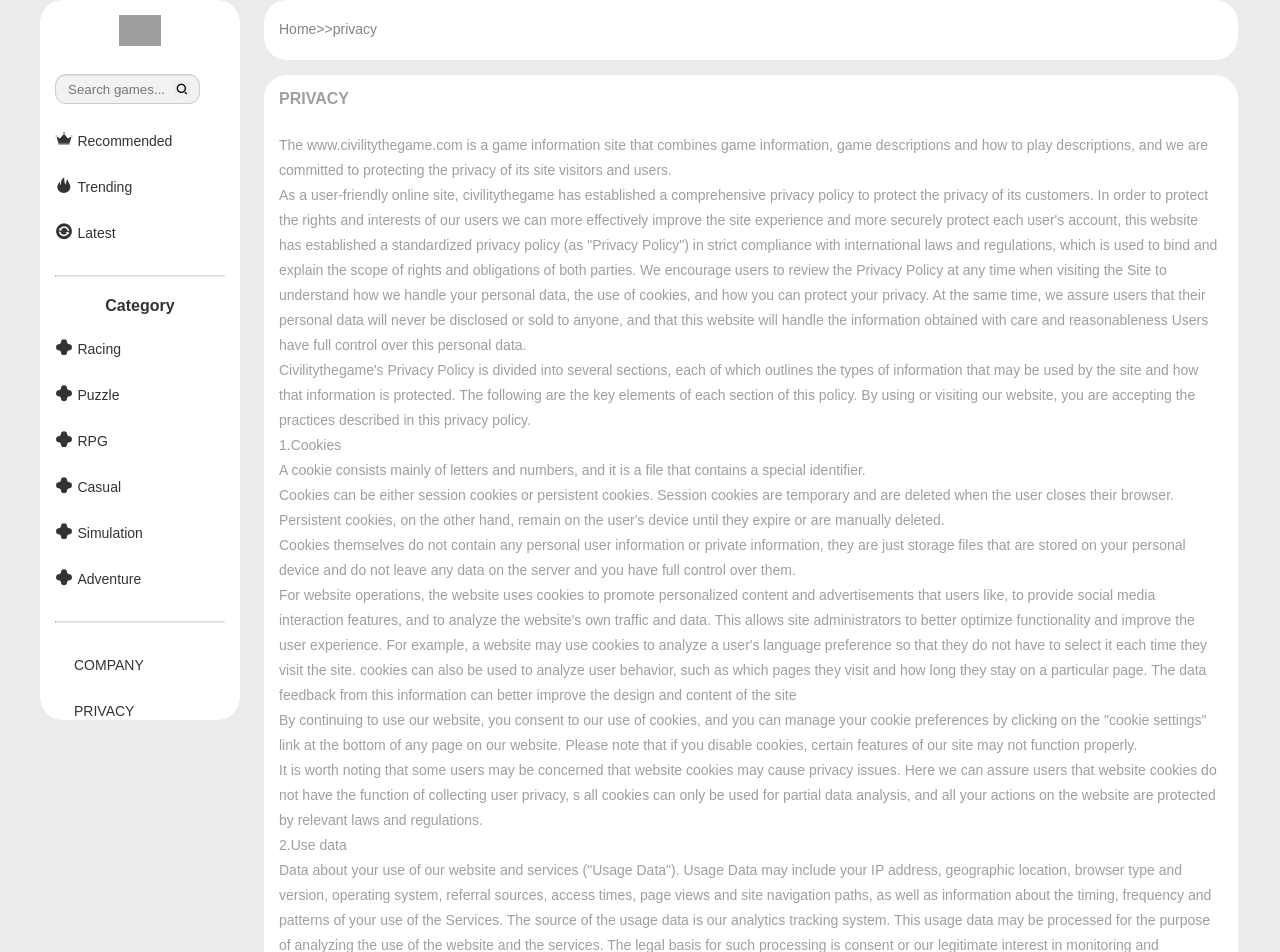
Repository: asharfSahajanand/playrumble1.com
Page: privacy.html
These files come from the project's save history. The page is drawn as it stood at one moment and after a run of saves; the edit follows.
The browser window is 1280 px wide. The pictures show the part of the page from y = 0 to 952 px (the page is 1738 px tall).
Pictures or frames that could not be fetched are drawn as grey boxes.

Above is the page before, as saved 2025-12-22 16:15:36.

After the next 2 saves:
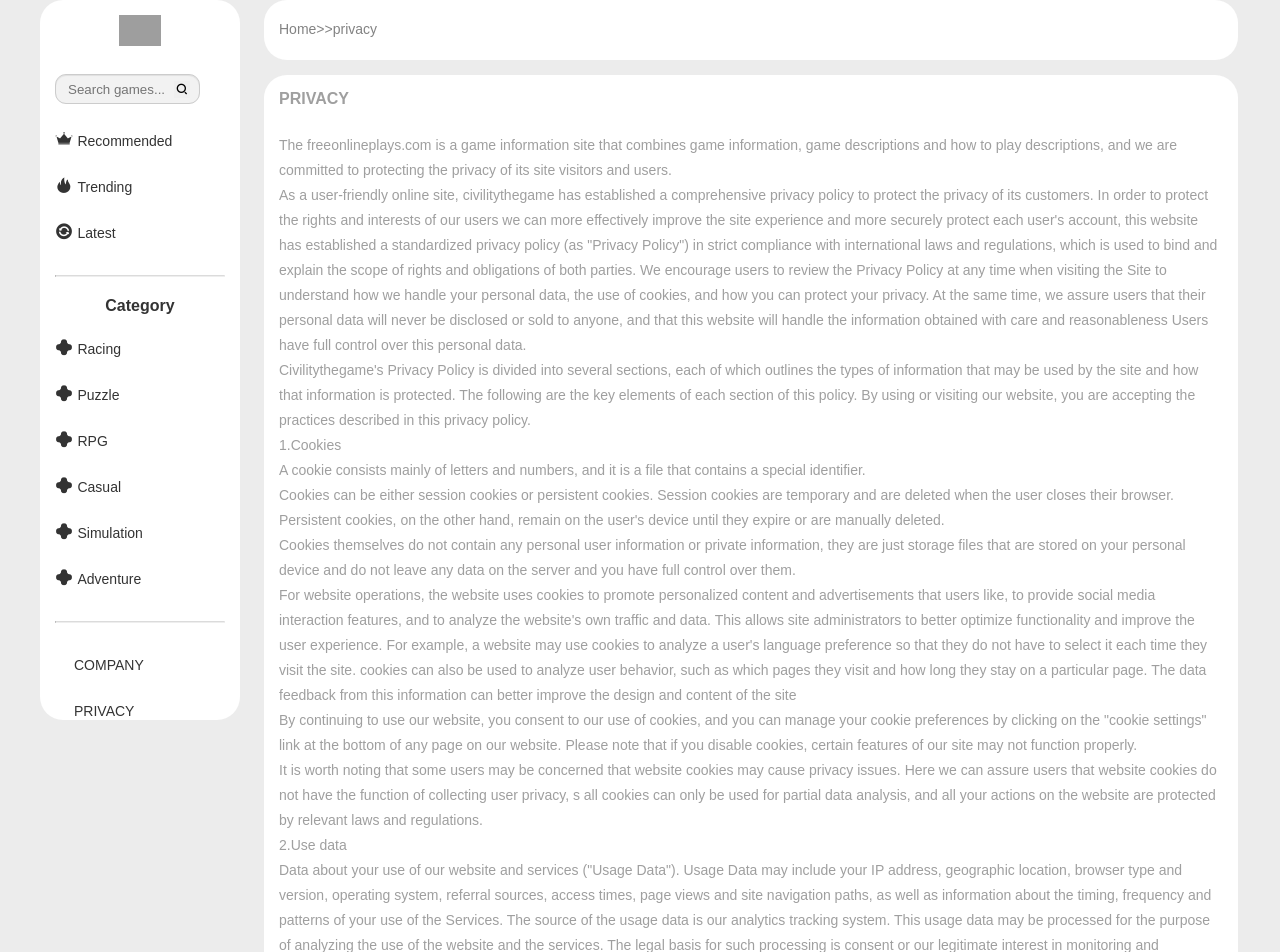
The 2 saves are shown as one change because they came seconds apart.
The last was saved 25 s later.
--- a/privacy.html
+++ b/privacy.html
@@ -73,7 +73,7 @@ gtag('config', 'AW-17060091494');
 </a>
 </div>
 <div class="search_box" >
-<form action="https://www.freeonlineplays.com/search.html?q=">
+<form action="https://freeonlineplays.com/search.html?q=">
 <input class="search_input" id="searchB" name="q" type="text" autocomplete="false" placeholder="Search games...">
 <button type="submit"><i class="iconfont icon-sousuo"></i></button>
 </form>
@@ -172,7 +172,7 @@ gtag('config', 'AW-17060091494');
                 <div class="box_three">
                     <h3>PRIVACY</h3>
                     <div class="dec">
-                        <p>The www.civilitythegame.com is a game information site that combines game information, game descriptions and how to play descriptions, and we are committed to protecting the privacy of its site visitors and users.</p>
+                        <p>The freeonlineplays.com is a game information site that combines game information, game descriptions and how to play descriptions, and we are committed to protecting the privacy of its site visitors and users.</p>
                         <p>As a user-friendly online site, civilitythegame has established a comprehensive privacy policy to protect the privacy of its customers. In order to protect the rights and interests of our users we can more effectively improve the site experience and more securely protect each user's account, this website has established a standardized privacy policy (as &quot;Privacy Policy&quot;) in strict compliance with international laws and regulations, which is used to bind and explain the scope of rights and obligations of both parties. We encourage users to review the Privacy Policy at any time when visiting the Site to understand how we handle your personal data, the use of cookies, and how you can protect your privacy. At the same time, we assure users that their personal data will never be disclosed or sold to anyone, and that this website will handle the information obtained with care and reasonableness Users have full control over this personal data.</p>
                         <p>Civilitythegame's Privacy Policy is divided into several sections, each of which outlines the types of information that may be used by the site and how that information is protected. The following are the key elements of each section of this policy. By using or visiting our website, you are accepting the practices described in this privacy policy.</p>
                         <p>1.Cookies</p>
@@ -214,5 +214,5 @@ gtag('config', 'AW-17060091494');
 <script defer src="https://static.cloudflareinsights.com/beacon.min.js/vcd15cbe7772f49c399c6a5babf22c1241717689176015" integrity="sha512-ZpsOmlRQV6y907TI0dKBHq9Md29nnaEIPlkf84rnaERnq6zvWvPUqr2ft8M1aS28oN72PdrCzSjY4U6VaAw1EQ==" data-cf-beacon='{"version":"2024.11.0","token":"2d0e241130bf4b05b6cb445ce454da0a","r":1,"server_timing":{"name":{"cfCacheStatus":true,"cfEdge":true,"cfExtPri":true,"cfL4":true,"cfOrigin":true,"cfSpeedBrain":true},"location_startswith":null}}' crossorigin="anonymous"></script>
 </body>
 
-<!-- Mirrored from www.civilitythegame.com/privacy.html by HTTrack Website Copier/3.x [XR&CO'2014], Mon, 22 Dec 2025 09:04:53 GMT -->
+<!-- Mirrored from freeonlineplays.com/privacy.html by HTTrack Website Copier/3.x [XR&CO'2014], Mon, 22 Dec 2025 09:04:53 GMT -->
 </html>
